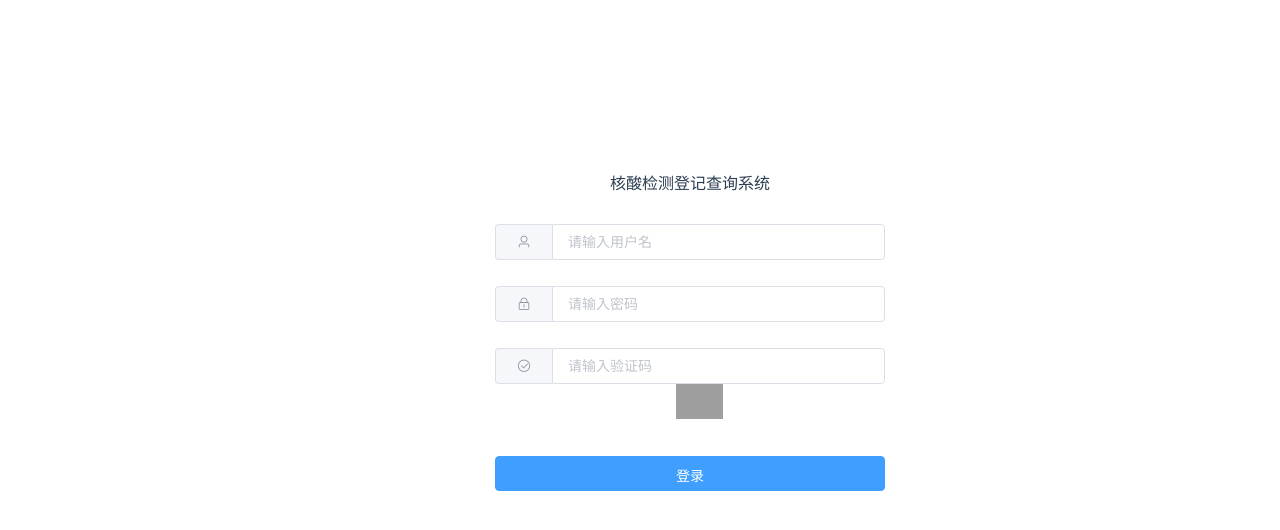
Repository: Ma-Xiao-Chao/hesuan_web
Page: /#/login
An editor plug-in stored every save of this project. The page is shown before and after the next save, followed by the edit.
The browser window is 1280 px wide. The pictures show the whole page.
Pictures or frames that could not be fetched are drawn as grey boxes. The project was rebuilt for these pictures with package versions that can differ from the ones it lists, and the page was loaded fresh each time. Also part of the build but not shown: src/components/admin/common/main.vue, src/components/admin/Index.vue, src/components/admin/shiguan.vue, src/components/admin/SystemUser.vue, src/components/admin/rewu.vue, src/components/admin/ResultTable.vue, src/components/admin/UserInfo.vue.

Above is the page before, as saved 2022-11-10 10:01:46.

After the next save:
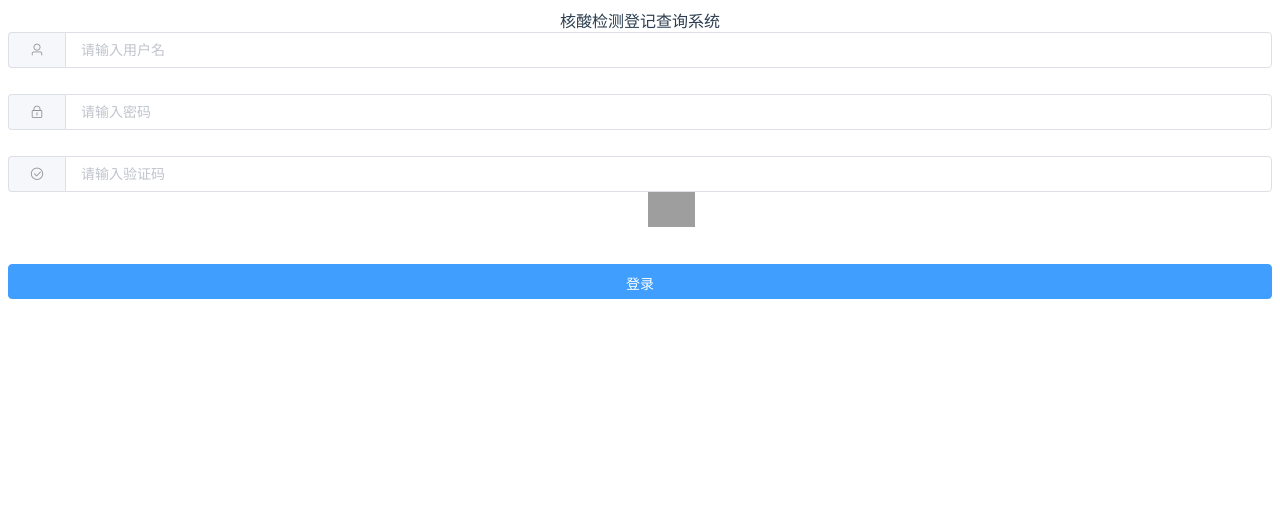
Saved 9 s later.
--- a/src/components/admin/login.vue
+++ b/src/components/admin/login.vue
@@ -80,7 +80,7 @@
         color: #F5F5F5;
     }
 
-    .ms-login {
+    .ms-login /deep/{
         position: absolute;
         left: 50%;
         top: 50%;
@@ -90,7 +90,7 @@
         overflow: hidden;
     }
 
-    .ms-content {
+    .ms-content /deep/{
         padding: 30px 30px;
     }
 
